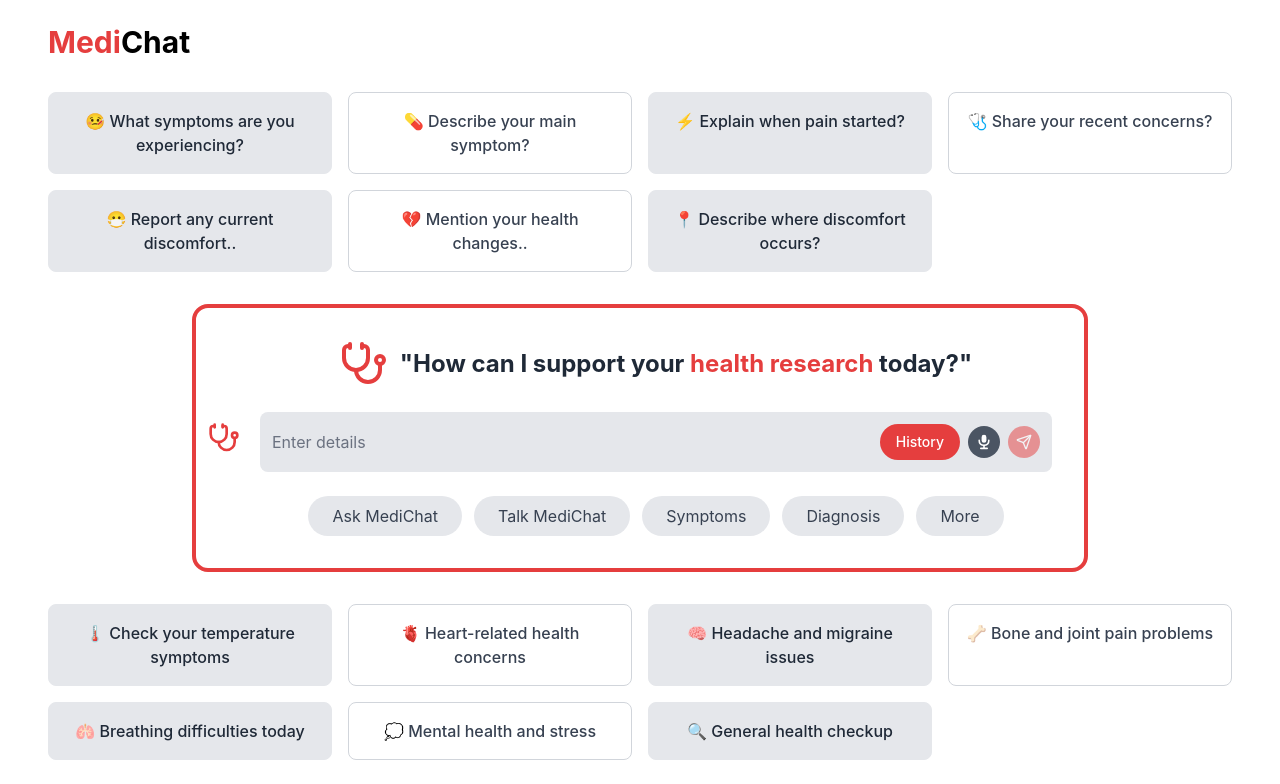
Repository: KarthikBalaji-007/telemedicine-frontend
Page: / (app in frontend_backup/medichat-frontend/)
An editor plug-in stored every save of this project. The page is shown before and after the next save, followed by the edit.
The browser window is 1280 px wide. The pictures show the whole page.
The project was rebuilt for these pictures with package versions that can differ from the ones it lists, and the page was loaded fresh each time. Also part of the build but not shown: frontend_backup/medichat-frontend/src/components/ChatInterface.jsx, frontend_backup/medichat-frontend/src/components/DiagnosisResult.jsx, frontend_backup/medichat-frontend/src/components/History.jsx.

Above is the page before, as saved 2025-08-13 16:15:24.

After the next save:
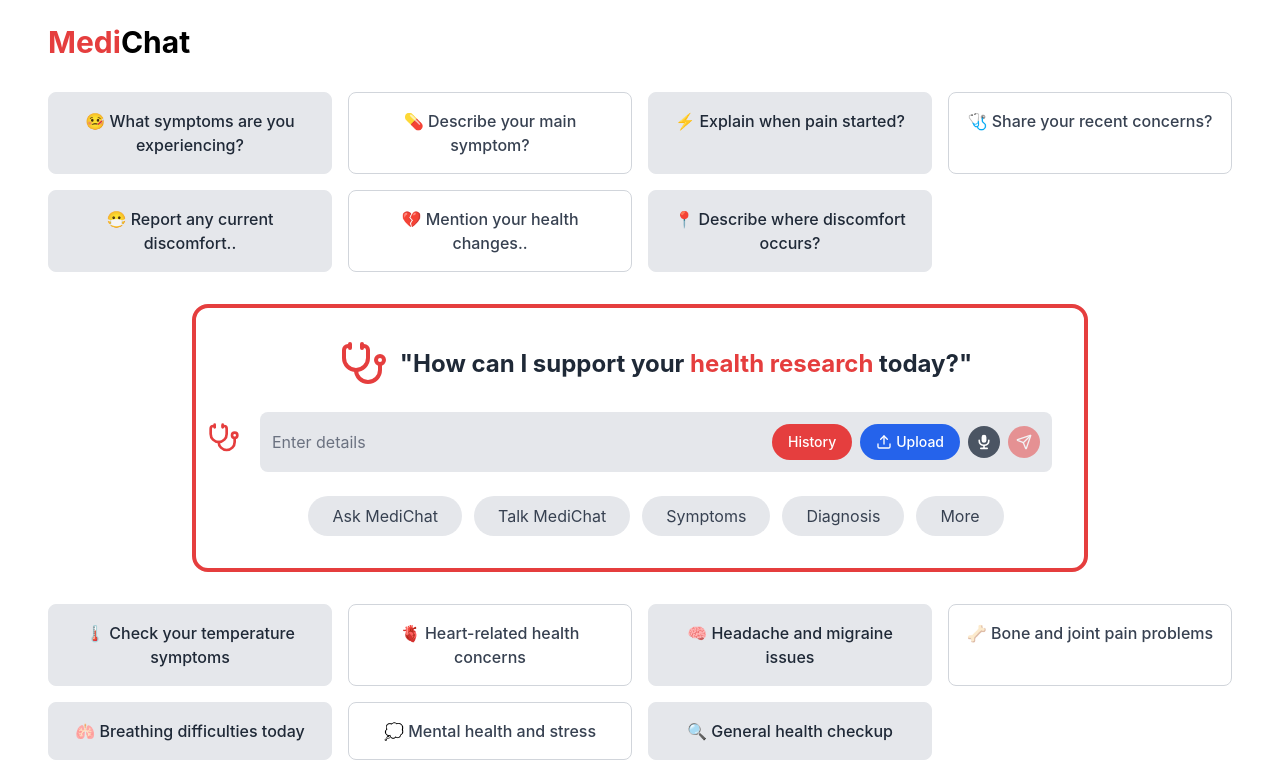
Saved 3 min 10 s later.
--- a/frontend_backup/medichat-frontend/src/components/HomePage.jsx
+++ b/frontend_backup/medichat-frontend/src/components/HomePage.jsx
@@ -1,6 +1,6 @@
 import React, { useState } from 'react';
 import { useNavigate } from 'react-router-dom';
-import { Stethoscope, Send } from 'lucide-react';
+import { Stethoscope, Send, Upload } from 'lucide-react';
 
 const HomePage = () => {
   const navigate = useNavigate();
@@ -34,6 +34,23 @@ const HomePage = () => {
     e.preventDefault();
     if (problemText.trim()) {
       navigate('/chat', { state: { initialSymptom: problemText } });
+    }
+  };
+
+  // Handle file upload functionality
+  const handleFileUpload = (event) => {
+    const file = event.target.files[0];
+    if (file) {
+      const fileType = file.type.includes('image') ? 'medical image' : 'medical report';
+      const uploadMessage = `I have uploaded a ${fileType}: ${file.name}. Please analyze this file and provide medical insights.`;
+
+      // Navigate to chat with file information
+      navigate('/chat', {
+        state: {
+          initialSymptom: uploadMessage,
+          uploadedFile: file
+        }
+      });
     }
   };
 
@@ -65,7 +82,7 @@ const HomePage = () => {
           ))}
         </div>
 
-        {/* Center Content - Matching Your Image */}
+        {/* Center Content - With Upload Button */}
         <div className="w-full max-w-4xl mx-auto mb-8">
           <div className="relative">
             <Stethoscope className="absolute left-4 top-1/2 transform -translate-y-1/2 text-medical-red w-8 h-8 z-10" />
@@ -81,7 +98,7 @@ const HomePage = () => {
                   </h2>
                 </div>
 
-                {/* Input Section */}
+                {/* Input Section with Upload Button */}
                 <form onSubmit={handleProblemSubmit} className="mt-6">
                   <div className="flex items-center bg-gray-200 rounded-lg p-3">
                     <input
@@ -99,6 +116,19 @@ const HomePage = () => {
                       >
                         History
                       </button>
+
+                      {/* Upload Button - Added here */}
+                      <label className="bg-blue-600 text-white px-4 py-2 rounded-full text-sm font-medium cursor-pointer hover:bg-blue-700 transition-colors flex items-center">
+                        <Upload className="w-4 h-4 mr-1" />
+                        Upload
+                        <input
+                          type="file"
+                          accept="image/*,.pdf,.doc,.docx,.txt"
+                          onChange={handleFileUpload}
+                          className="hidden"
+                        />
+                      </label>
+
                       <button
                         type="button"
                         className="bg-gray-600 text-white p-2 rounded-full"
